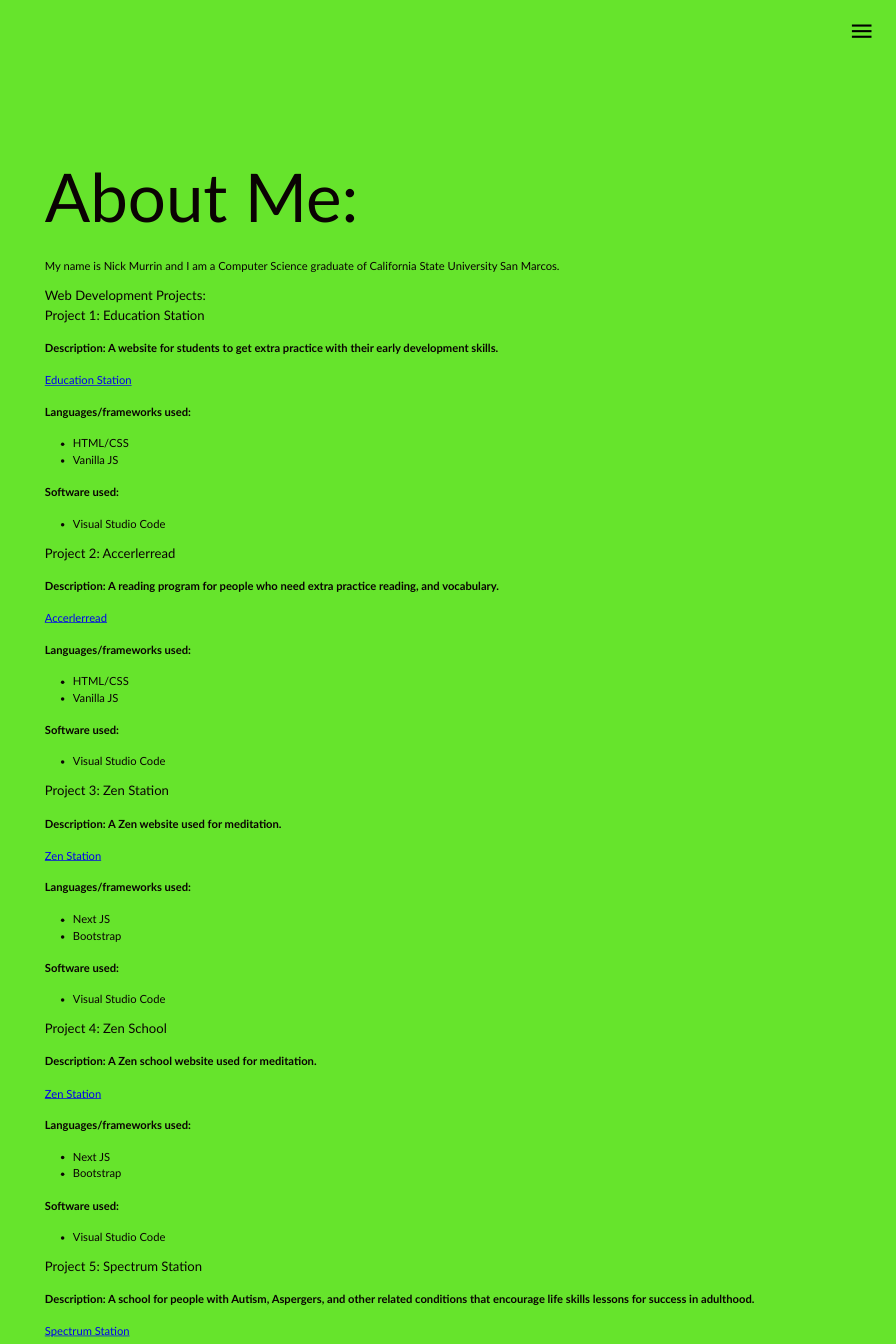
Repository: collegedude9300/modernport
Page: about.html
These files come from the project's save history. The page is drawn as it stood at one moment and after the next save; the edit follows.
The browser window is 1280 px wide. The pictures show the part of the page from y = 0 to 1920 px (the page is 2701 px tall before and 2428 px after), at 70% of full size.

Above is the page before, as saved 2023-07-12 11:32:41.

After the next save:
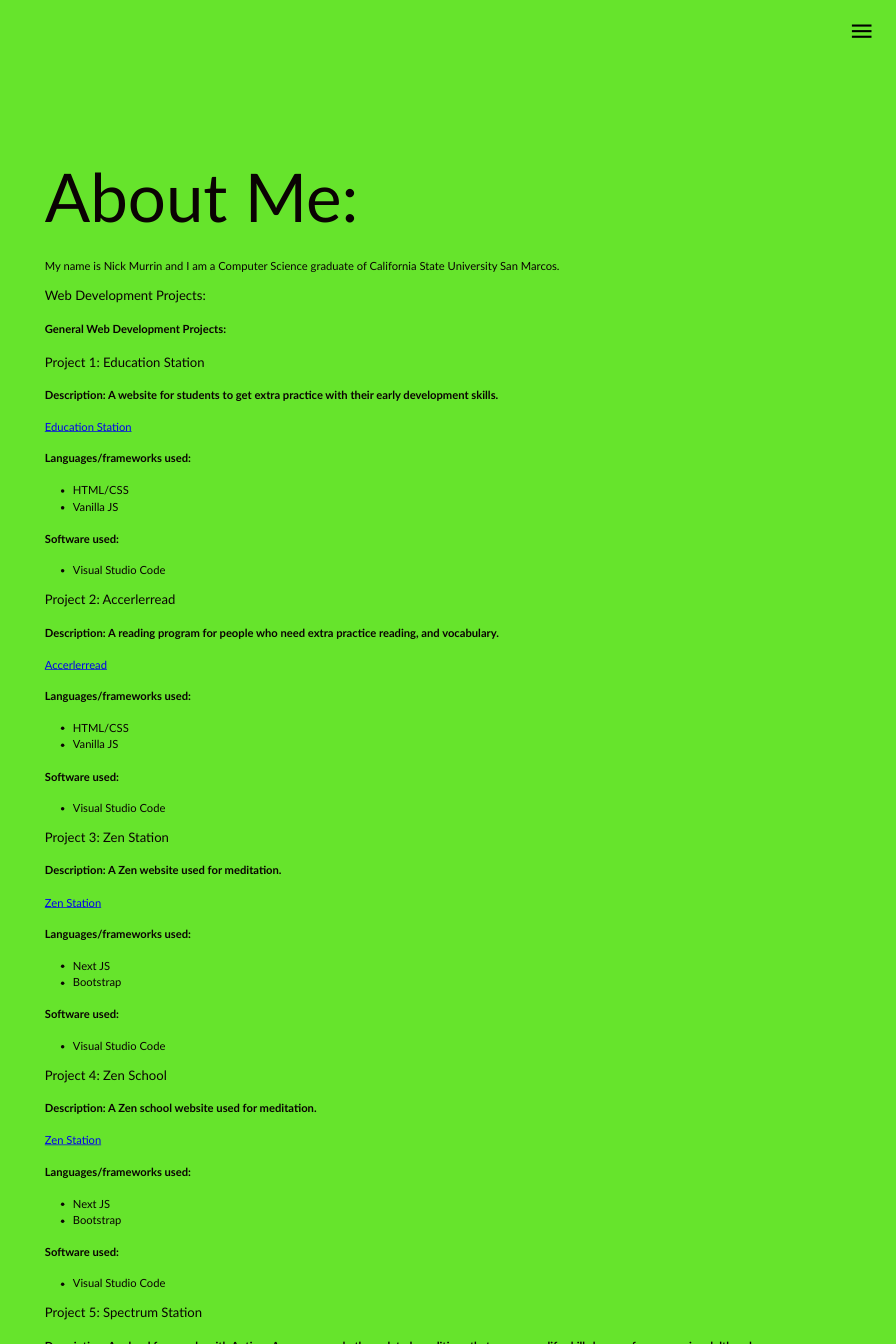
Saved 186 days later.
--- a/about.html
+++ b/about.html
@@ -53,6 +53,7 @@ About Me:
       <p>My name is Nick Murrin and I am a Computer Science graduate of California State University San Marcos. </p>
       <h3>  Web Development Projects:</h3>
       </div>
+      <h4>  General Web Development Projects:</h4>
       <div class="project1">
         <h3>Project 1: Education Station </h3>
         <h4>Description: A website for students to get extra practice with their early development skills.</h4>
@@ -127,21 +128,6 @@ About Me:
 </ul>
       </div>
 
-      <div class="project6">
-        <h3>Project 6:  Diet Blog</h3>
-        <h4>Description: A diet blog that provides advice about healthy living.</h4>
-        <a href="https://dietblog.vercel.app/"/> Diet Blog </a>
-<h4> Languages/frameworks used: </h4>
-<ul>
-  <li>Next JS</li>
-  <li>Markdown</li>
-</ul>
-<h4> Software used: </h4>
-<ul>
-<li> Visual Studio Code  </li>
-</ul>
-      </div>
-
 <h4> Future Projects Summer/Fall 2023  </h4>
 <ul>
   <li> Vuex Project </li>
